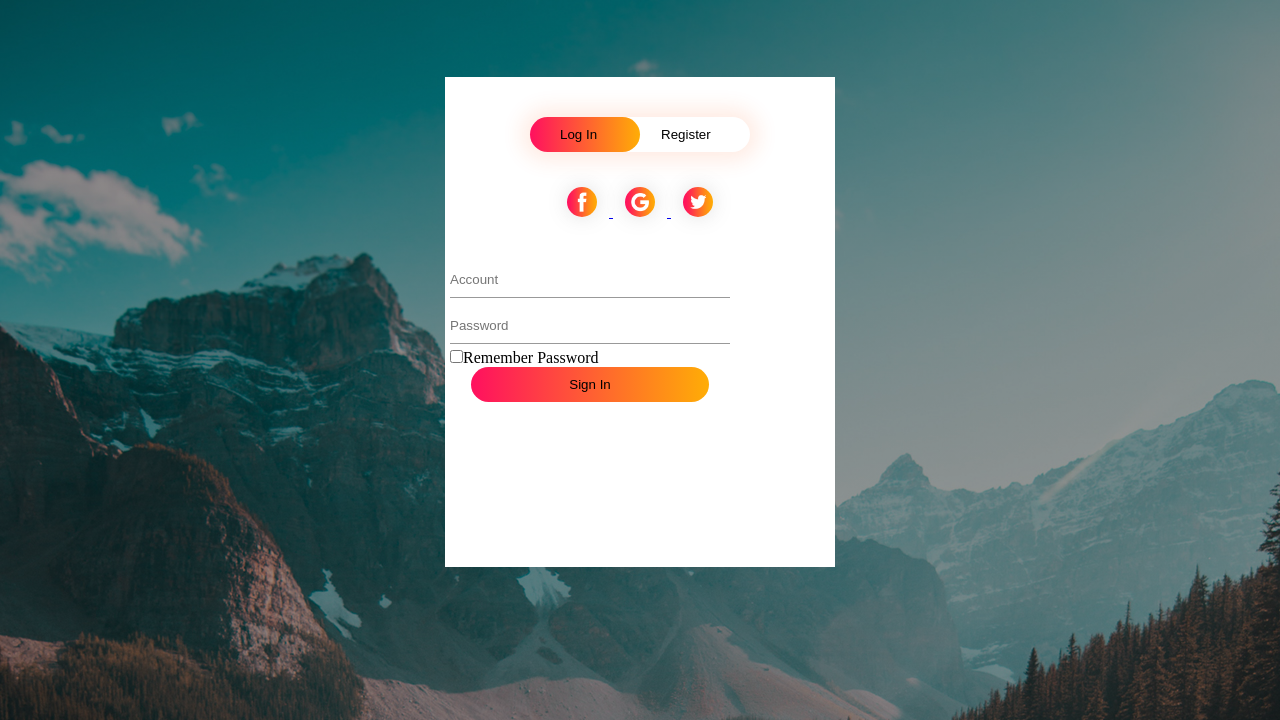
Repository: dung8466/Sign_in_page
Page: index.html
An editor plug-in stored every save of this project. The page is shown before and after the next save, followed by the edit.
The browser window is 1280 px wide. The pictures show the whole page.

Above is the page before, as saved 2021-10-06 22:38:54.

After the next save:
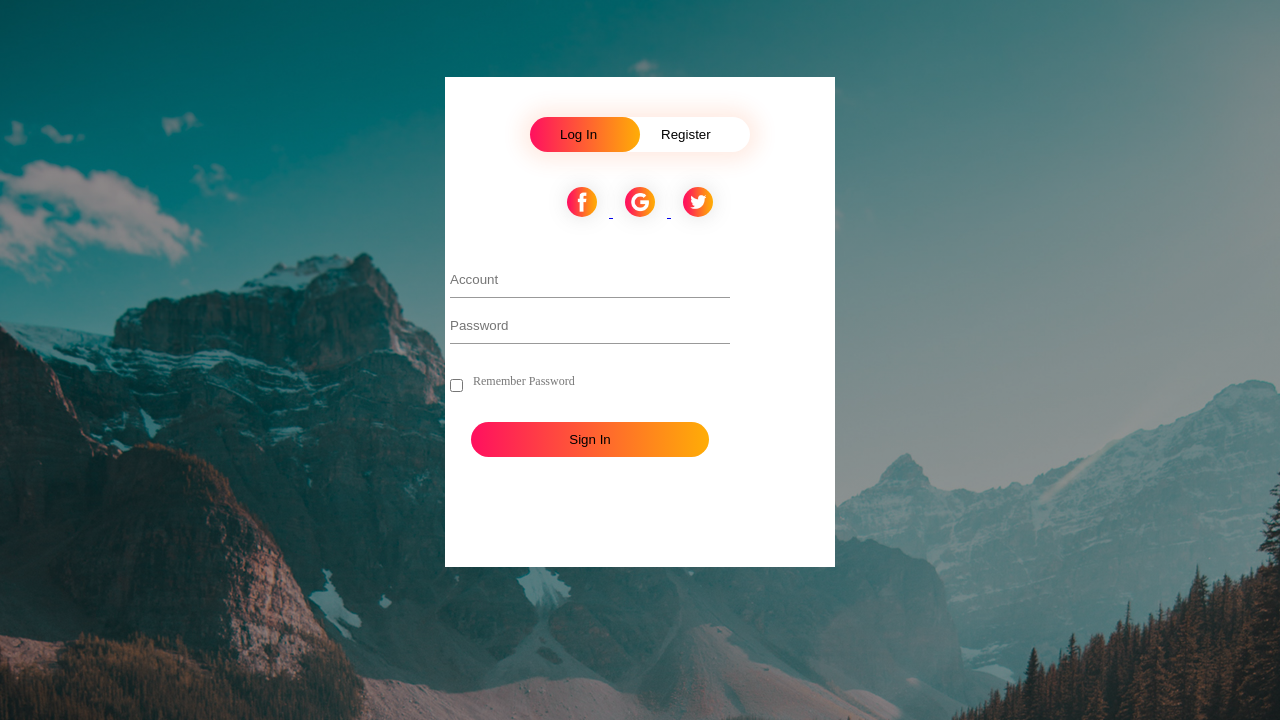
Saved 91 s later.
--- a/style.css
+++ b/style.css
@@ -91,3 +91,14 @@
     outline: none;
     border-radius: 30px;
 }
+
+.checkbox{
+    margin: 30px 10px 30px 0;
+}
+
+.int-grp span{
+    color: #777;
+    font-size: 12px;
+    bottom: 68px;
+    position: absolute;
+}
